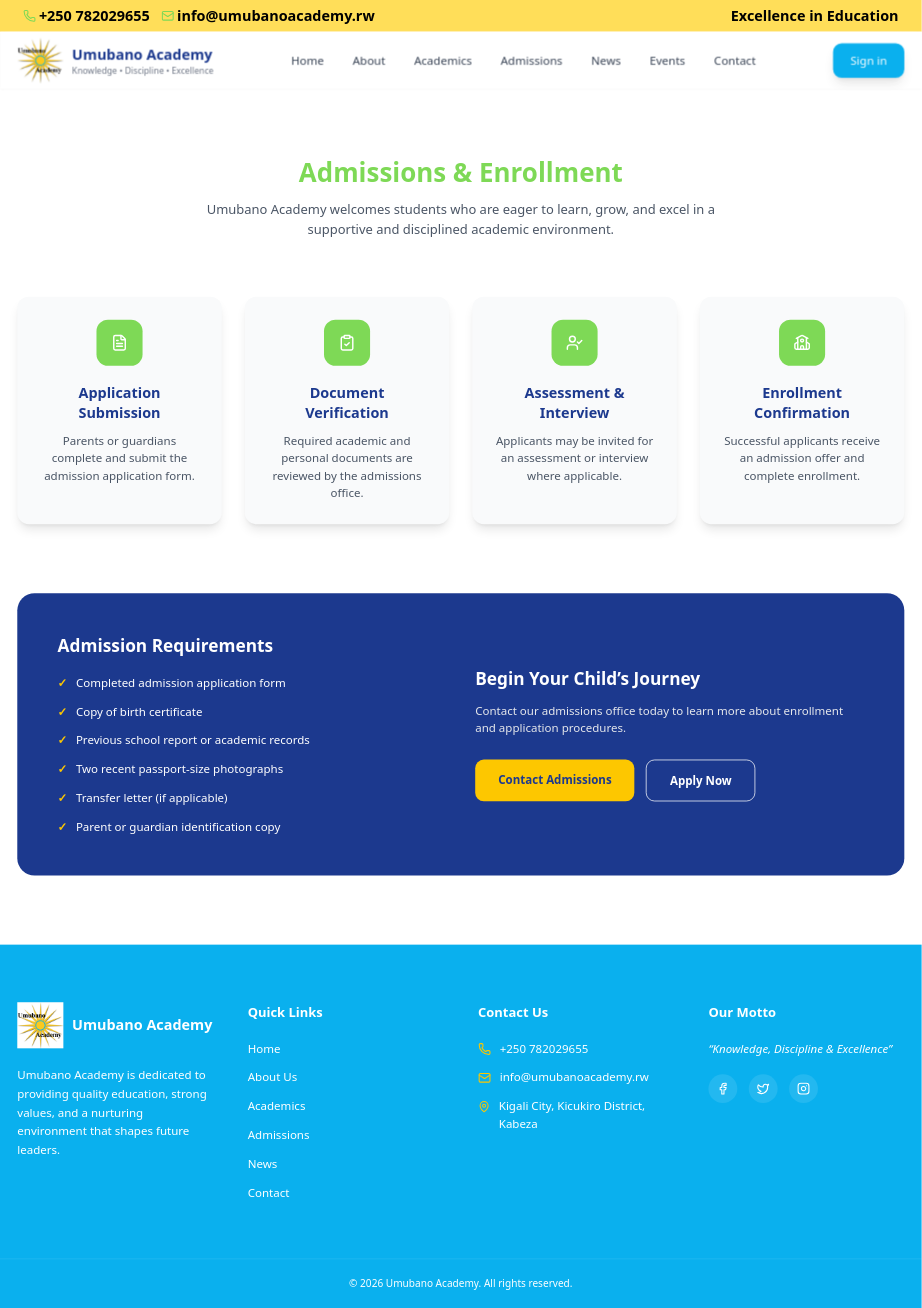
Repository: Umubano-Academy/umubano-academy-website
Page: /admissions
An editor plug-in stored every save of this project. The page is shown before and after the next save, followed by the edit.
The browser window is 1280 px wide. The pictures show the whole page, at 72% of full size.
The project was rebuilt for these pictures with package versions that can differ from the ones it lists, and the page was loaded fresh each time. Also part of the build but not shown: vite.config.js, src/components/guest/Hero.jsx, src/components/guest/Event.jsx, src/components/guest/News.jsx, src/components/guest/Contact.jsx, src/components/guest/Home.jsx, src/components/guest/Academic.jsx, src/components/guest/About.jsx and 7 more.

Above is the page before, as saved 2026-01-13 19:48:47.

After the next save:
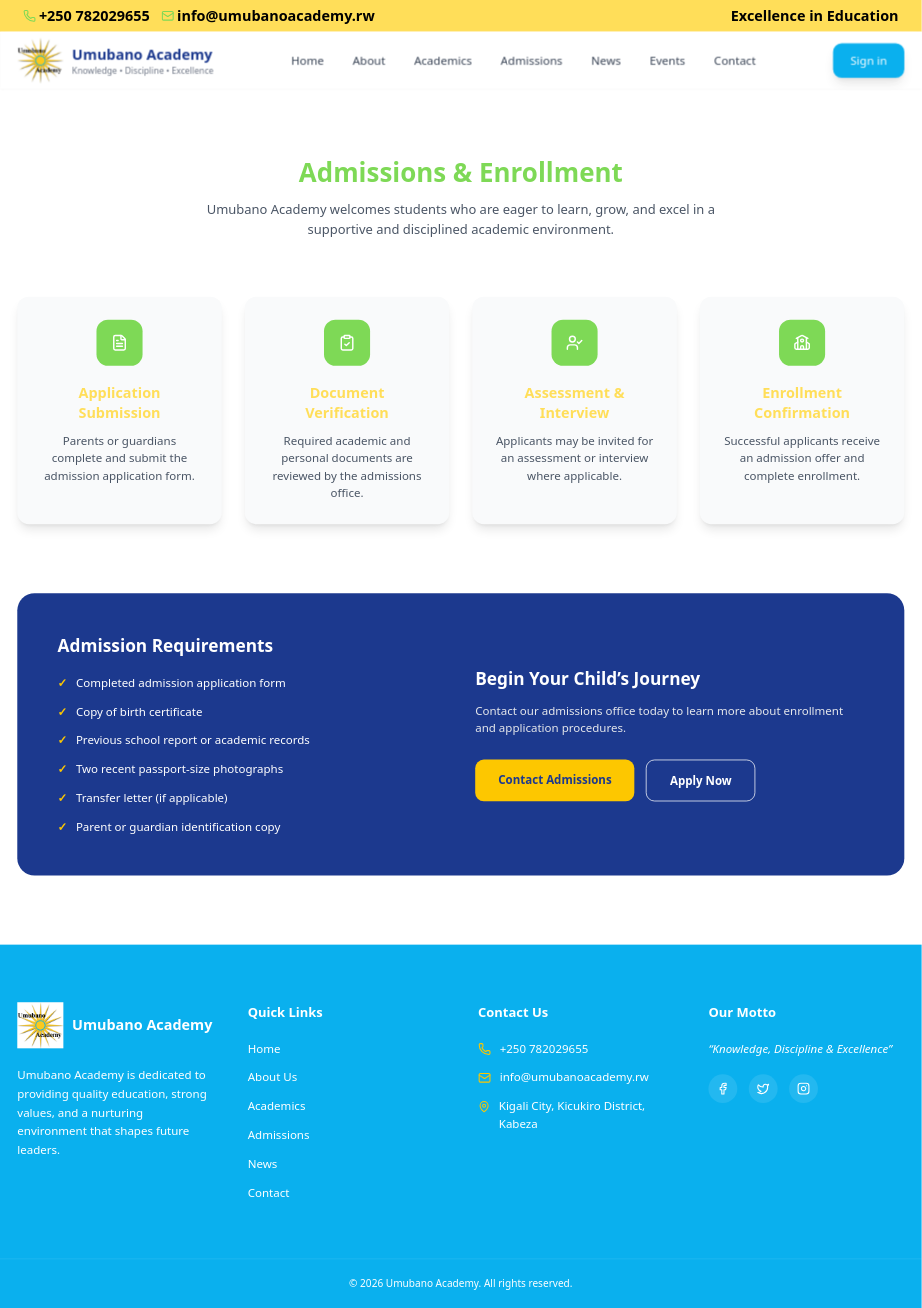
Saved 28 s later.
--- a/src/components/guest/Admission.jsx
+++ b/src/components/guest/Admission.jsx
@@ -88,7 +88,7 @@
               <div className="w-16 h-16 mx-auto mb-6 bg-[#7ED956] text-white flex items-center justify-center rounded-2xl">
                 {step.icon}
               </div>
-              <h4 className="text-xl font-semibold text-blue-900 mb-3">
+              <h4 className="text-xl font-semibold text-[#FFDE59] mb-3">
                 {step.title}
               </h4>
               <p className="text-gray-600">

After the save that followed:
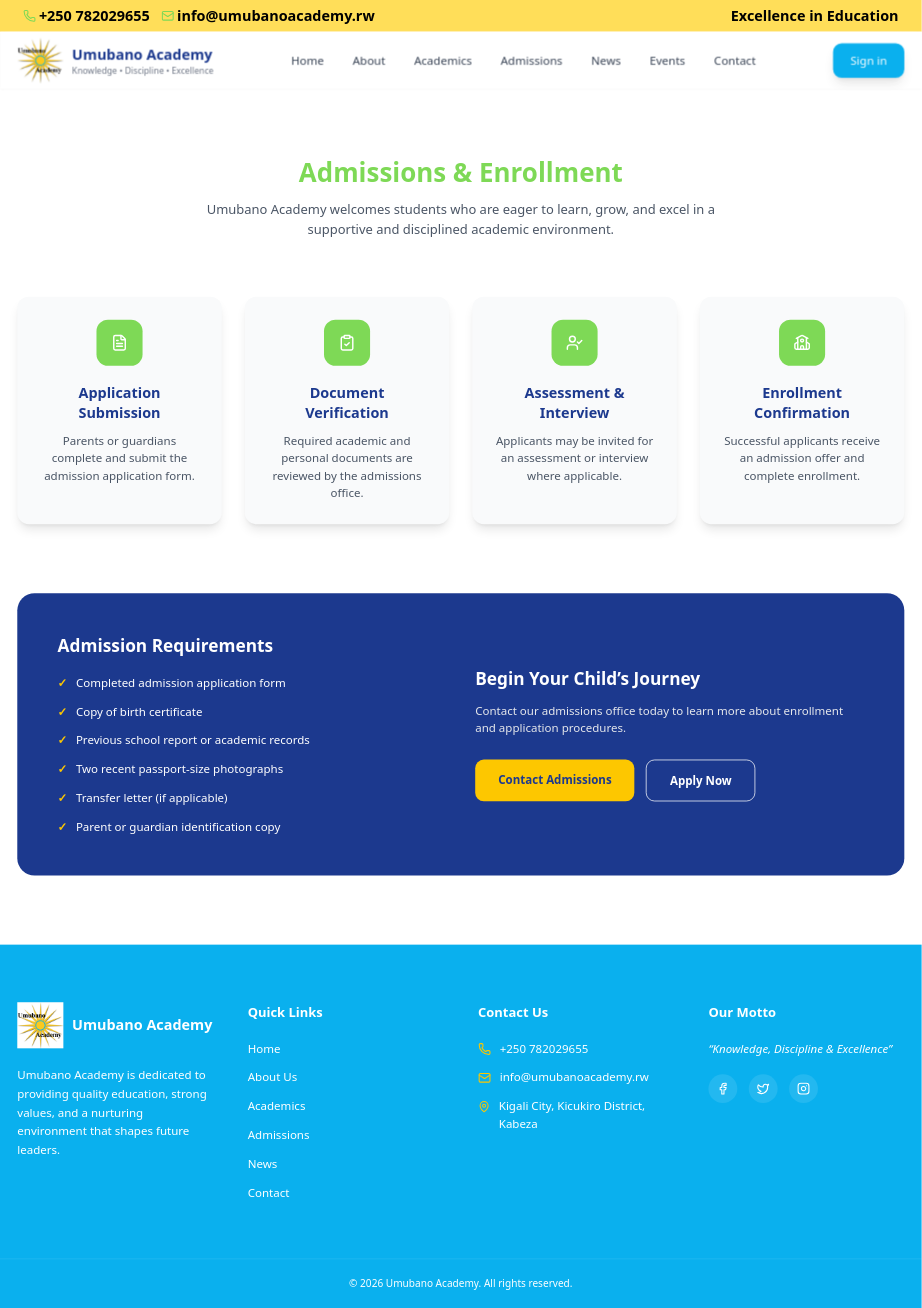
Saved 19 s later.
--- a/src/components/guest/Admission.jsx
+++ b/src/components/guest/Admission.jsx
@@ -88,7 +88,7 @@
               <div className="w-16 h-16 mx-auto mb-6 bg-[#7ED956] text-white flex items-center justify-center rounded-2xl">
                 {step.icon}
               </div>
-              <h4 className="text-xl font-semibold text-[#FFDE59] mb-3">
+              <h4 className="text-xl font-semibold text-blue-900 mb-3">
                 {step.title}
               </h4>
               <p className="text-gray-600">
